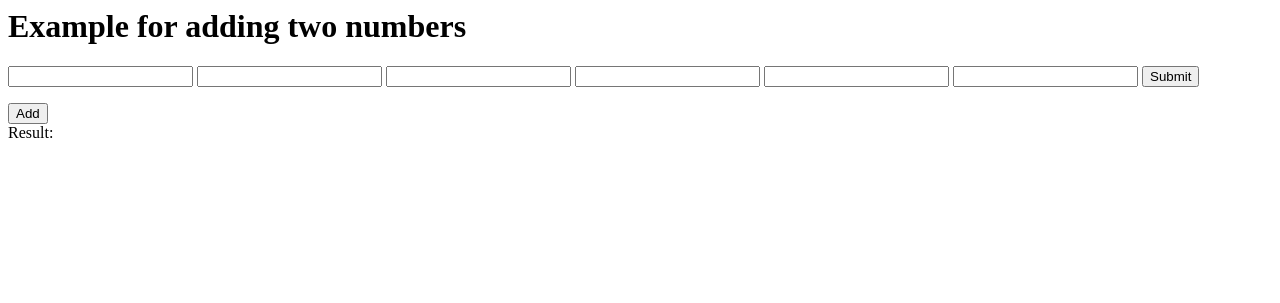
Repository: priyanalleboina/JsTraining
Page: Priyanka _JsExcercies/Excersice-14-ts/index.html
These files come from the project's save history. The page is drawn as it stood at one moment and after the next save; the edit follows.
The browser window is 1280 px wide. The pictures show the whole page.

Above is the page before, as saved 2020-06-04 11:59:58.
Not found: Priyanka _JsExcercies/Excersice-14-ts/main.ts

After the next save:
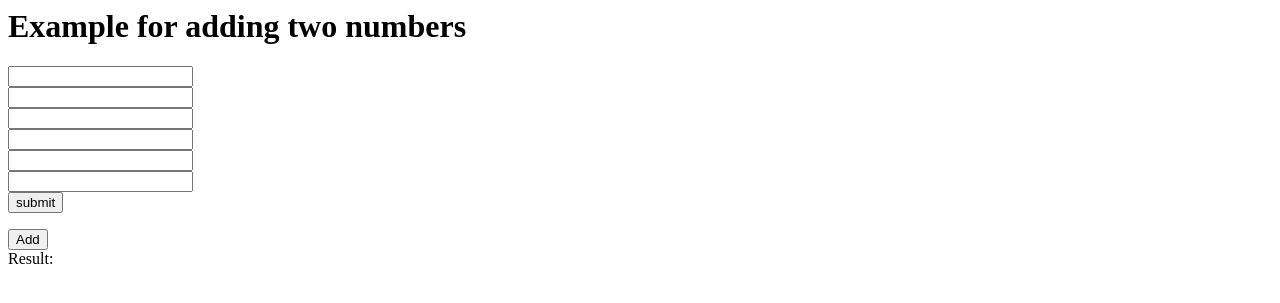
Saved 49 s later.
--- a/Priyanka _JsExcercies/Excersice-14-ts/index.html
+++ b/Priyanka _JsExcercies/Excersice-14-ts/index.html
@@ -9,13 +9,13 @@
   <div>
     <h1>Example for adding two numbers</h1>
     <form method="POST" action="/create">
-        <input id="id" name="pid">
-        <input id="name" name="name">
-        <input id="age" name="age">
-        <input id="hno" name="age">
-        <input id="colName" name="colName">
-        <input id="street">
-        <input type="submit" />
+        <input id="id" name="pid"></br>
+        <input id="name" name="name"></br>
+        <input id="age" name="age"></br>
+        <input id="hno" name="age"></br>
+        <input id="colName" name="colName"></br>
+        <input id="street"></br>
+        <input type="submit" value="submit"/></br>
       </form>
 
     <button onclick="AddDetails();">Add</button>
